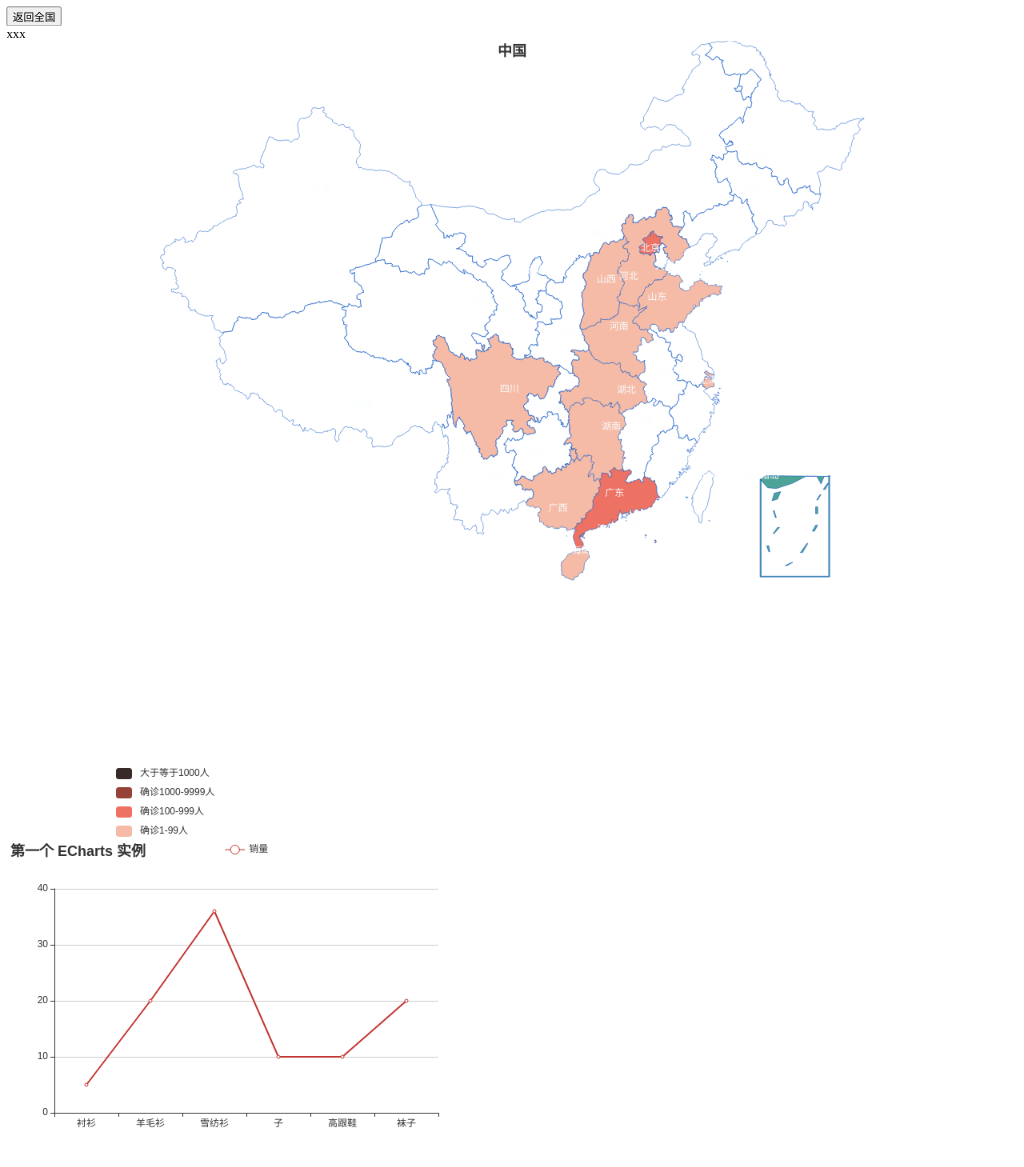
Repository: yz990219/InfectStatisticWeb
Page: http://localhost/MyInfectStatisticWeb/test.jsp
An editor plug-in stored every save of this project. The page is shown before and after the next save, followed by the edit.
The browser window is 1280 px wide. The pictures show the whole page, at 80% of full size.
The page is served by Tomcat 9.

Above is the page before, as saved 2020-03-13 10:46:29.
Not found: MyInfectStatisticWeb/follow.js
Not found: MyInfectStatisticWeb/gg_bd_ad_720x90.js

After the next save:
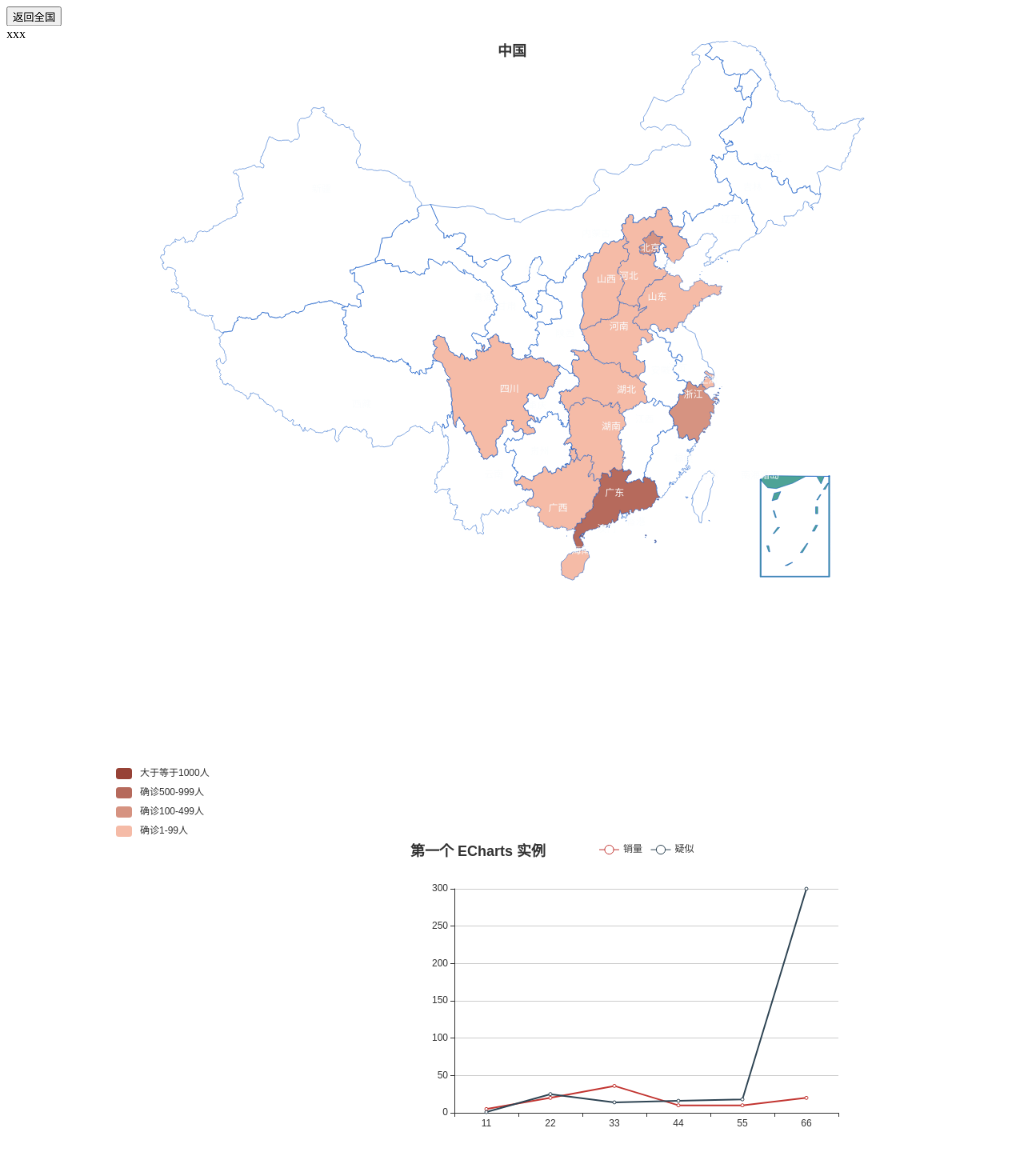
Saved 77 s later.
--- a/MyInfectStatisticWeb/WebContent/test.jsp
+++ b/MyInfectStatisticWeb/WebContent/test.jsp
@@ -39,14 +39,25 @@
         <script src="/follow.js" type="text/javascript"></script>
     </div>
     <button id="back">返回全国</button>
-    <form id="yz"action="indexRes.jsp" name="yz">
-    xxx</form>
+    <form id="yz" action="indexRes.jsp" name="yz">
+        xxx</form>
     <div id="china-map"></div>
-    <div id="main" style="width: 600px;height:400px;"></div>
+    <div id="main" style="width: 600px;height:400px; margin-left: 500px;"></div>
+
+
+
     <script type="text/javascript">
+        //折线图使用的JavaScript
         // 基于准备好的dom，初始化echarts实例
         var myChart = echarts.init(document.getElementById('main'));
-        var mydate = ["衬衫", "羊毛衫", "雪纺衫", "子", "高跟鞋", "袜子"];
+        var mydate1 = new Array();
+        //mydate = ["衬衫", "羊毛衫", "雪纺衫", "子", "高跟鞋", "袜子"];
+        mydate1[0] = "11";
+        mydate1[1] = "22";
+        mydate1[2] = "33";
+        mydate1[3] = "44";
+        mydate1[4] = "55";
+        mydate1[5] = "66";
         // 指定图表的配置项和数据
         var option = {
             title: {
@@ -54,31 +65,34 @@
             },
             tooltip: {},
             legend: {
-                data: ['销量']
+                data: ['销量', '疑似']
             },
             xAxis: {
-                data: mydate
+                data: mydate1
             },
             yAxis: {},
             series: [{
                 name: '销量',
                 type: 'line',
                 data: [5, 20, 36, 10, 10, 20]
+
+            }, {
+                name: '疑似',
+                type: 'line',
+                data: [1, 25, 14, 16, 18, 300]
+
             }]
         };
-
         // 使用刚指定的配置项和数据显示图表。
         myChart.setOption(option);
     </script>
 
     <script>
+        //地图使用的JavaScript
         var myChart = echarts.init(document.getElementById('china-map'));
         var oBack = document.getElementById("back");
-
         var provinces = ['shanghai', 'hebei', 'shanxi', 'neimenggu', 'liaoning', 'jilin', 'heilongjiang', 'jiangsu', 'zhejiang', 'anhui', 'fujian', 'jiangxi', 'shandong', 'henan', 'hubei', 'hunan', 'guangdong', 'guangxi', 'hainan', 'sichuan', 'guizhou', 'yunnan', 'xizang', 'shanxi1', 'gansu', 'qinghai', 'ningxia', 'xinjiang', 'beijing', 'tianjin', 'chongqing', 'xianggang', 'aomen'];
-
         var provincesText = ['上海', '河北', '山西', '内蒙古', '辽宁', '吉林', '黑龙江', '江苏', '浙江', '安徽', '福建', '江西', '山东', '河南', '湖北', '湖南', '广东', '广西', '海南', '四川', '贵州', '云南', '西藏', '陕西', '甘肃', '青海', '宁夏', '新疆', '北京', '天津', '重庆', '香港', '澳门'];
-
         var seriesData = [{
             name: '北京',
             value: 100
@@ -123,7 +137,7 @@
             value: 0
         }, {
             name: '浙江',
-            value: 0
+            value: 111
         }, {
             name: '江西',
             value: 0
@@ -182,13 +196,11 @@
             name: '澳门',
             value: 0
         }];
-
         oBack.onclick = function() {
+            document.getElementById("yz").innerHTML = "中国";
             initEcharts("china", "中国");
         };
-
         initEcharts("china", "中国");
-
         // 初始化echarts
         function initEcharts(pName, Chinese_) {
             var tmpSeriesData = pName === "china" ? seriesData : [];
@@ -208,29 +220,25 @@
                         min: 1000,
                         max: 1000000,
                         label: '大于等于1000人',
-                        color: '#372a28'
+                        //color: '#372a28'
                     }, {
-                        min: 10000,
-                        max: 99999,
-                        label: '确诊10000-99999人',
-                        color: '#4e160f'
-                    }, {
-                        min: 1000,
-                        max: 9999,
-                        label: '确诊1000-9999人',
-                        color: '#974236'
+                        min: 500,
+                        max: 999,
+                        label: '确诊500-999人',
+                        //color: '#974236'
                     }, {
                         min: 100,
-                        max: 999,
-                        label: '确诊100-999人',
-                        color: '#ee7263'
+                        max: 499,
+                        label: '确诊100-499人',
+                        //color: '#ee7263'
                     }, {
                         min: 1,
                         max: 99,
                         label: '确诊1-99人',
-                        color: '#f5bba7'
+                        //color: '#f5bba7'
                     }, ],
-                    color: ['#E0022B', '#E09107', '#A3E00B']
+                    //不知道拿来干嘛
+                    color: ['#974236', '#f5bba7']
                 },
                 series: [{
                     name: Chinese_ || pName,
@@ -273,11 +281,9 @@
                 }]
 
             };
-
             myChart.setOption(option);
-
             myChart.off("click");
-
+            var temp;
             if (pName === "china") { // 全国时，添加click 进入省级
                 myChart.on('click', function(param) {
                     console.log(param.name);
@@ -294,16 +300,15 @@
                         var provinceName = param.name;
                         $('#box').css('display', 'block');
                         $("#box-title").html(provinceName);
-
                     }
                 });
             } else { // 省份，添加双击 回退到全国
                 myChart.on("dblclick", function() {
+                    document.getElementById("yz").innerHTML = "中国";
                     initEcharts("china", "中国");
                 });
             }
         }
-
         // 展示对应的省
         function showProvince(pName, Chinese_) {
             //这写省份的js都是通过在线构建工具生成的，保存在本地，需要时加载使用即可，最好不要一开始全部直接引入。
@@ -311,7 +316,6 @@
                 initEcharts(Chinese_);
             });
         }
-
         // 加载对应的JS
         function loadBdScript(scriptId, url, callback) {
             var script = document.createElement("script");
